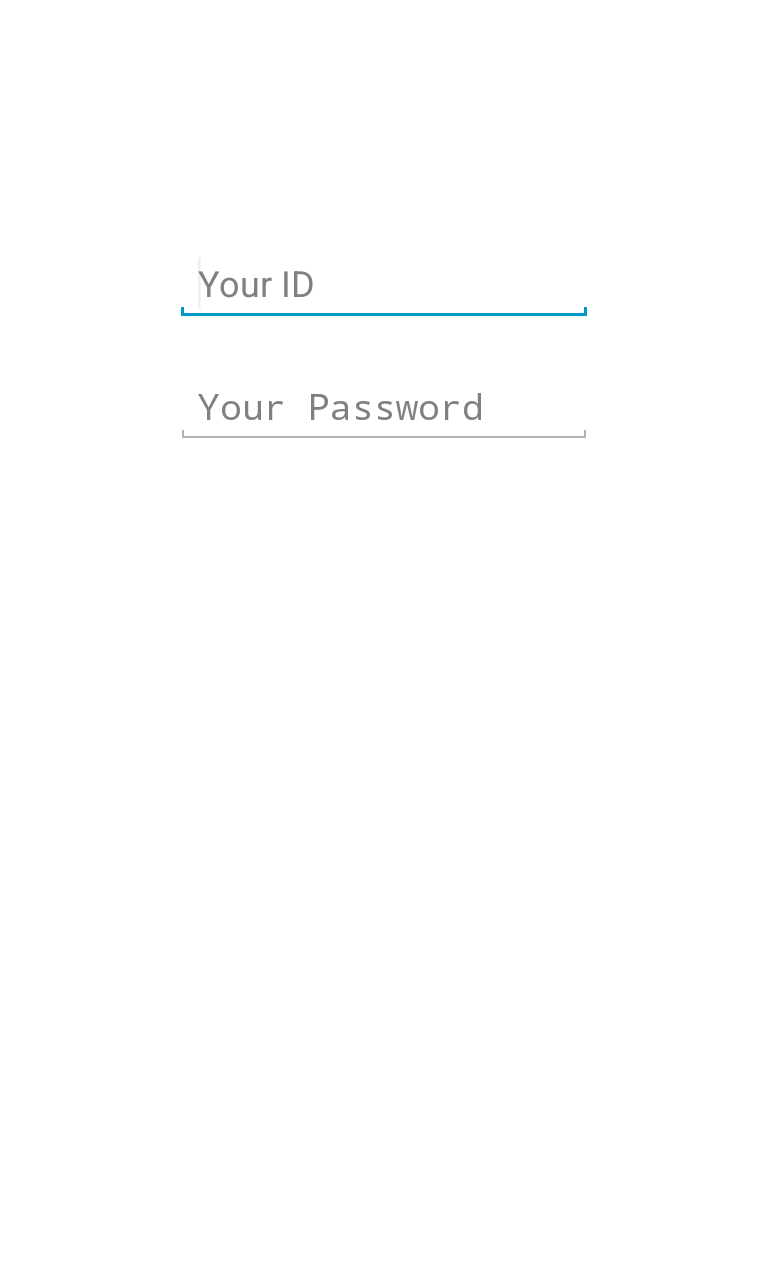
Repository: EnjoyWorkTrue/Spring2014
Layout: CMP464/LoginPage(withSavingData)/res/layout/activity_main.xml
These files come from the project's save history. The layout is drawn as it stood at one moment and after the next save; the edit follows.
It is drawn on a 768 x 1280 px phone screen (xhdpi) without system bars, with theme AppTheme; the app's code is not run.

Above is the layout before, as saved 2014-02-26 23:28:43.

After the next save:
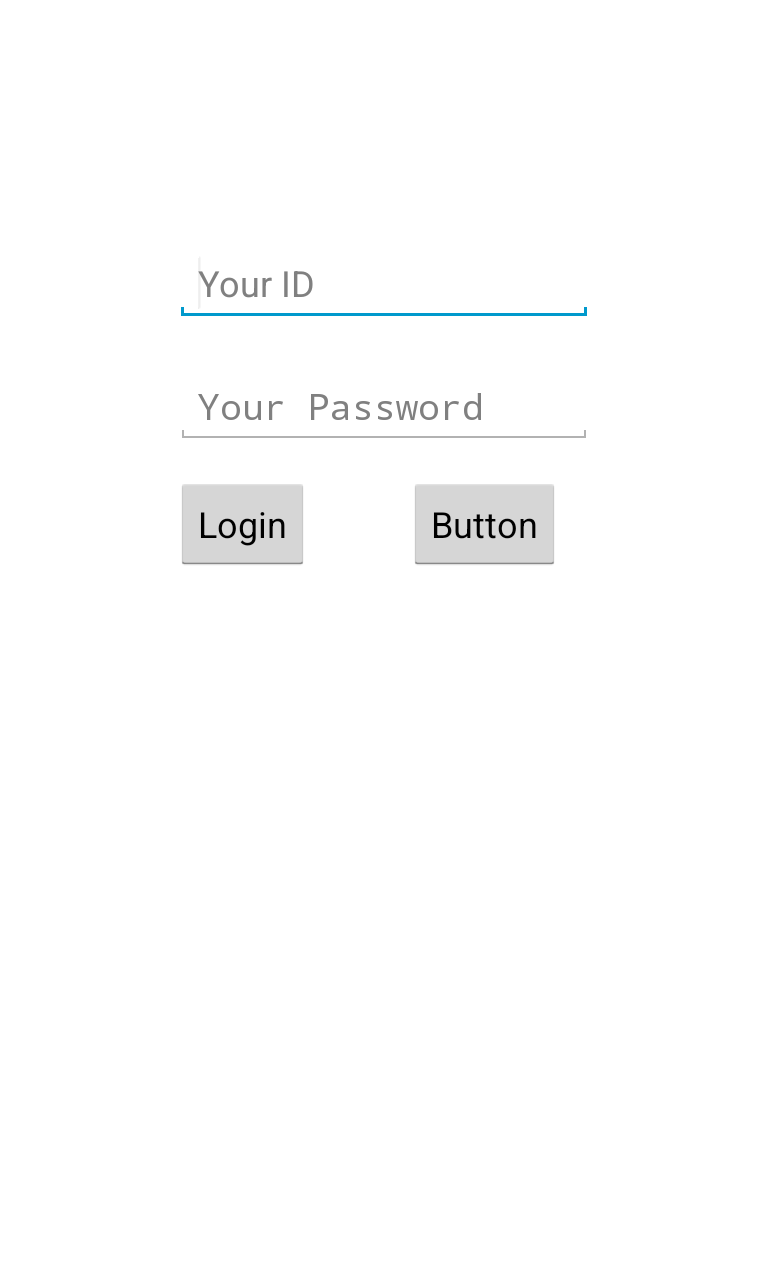
Saved 71 s later.
--- a/CMP464/LoginPage(withSavingData)/res/layout/activity_main.xml
+++ b/CMP464/LoginPage(withSavingData)/res/layout/activity_main.xml
@@ -23,13 +23,33 @@
 
     <EditText
         android:id="@+id/editText2"
-        android:hint="Your Password"
         android:layout_width="wrap_content"
         android:layout_height="wrap_content"
+        android:layout_alignLeft="@+id/editText1"
+        android:layout_alignRight="@+id/editText1"
         android:layout_below="@+id/editText1"
-        android:layout_centerHorizontal="true"
         android:layout_marginTop="22dp"
         android:ems="10"
+        android:hint="Your Password"
         android:inputType="textPassword" />
 
+    <Button
+        android:id="@+id/button1"
+        android:layout_width="wrap_content"
+        android:layout_height="wrap_content"
+        android:layout_alignLeft="@+id/editText2"
+        android:layout_below="@+id/editText2"
+        android:layout_marginTop="15dp"
+        android:text="Login" />
+
+    <Button
+        android:id="@+id/button2"
+        android:layout_width="wrap_content"
+        android:layout_height="wrap_content"
+        android:layout_alignBaseline="@+id/button1"
+        android:layout_alignBottom="@+id/button1"
+        android:layout_alignRight="@+id/editText2"
+        android:layout_marginRight="16dp"
+        android:text="Button" />
+
 </RelativeLayout>
